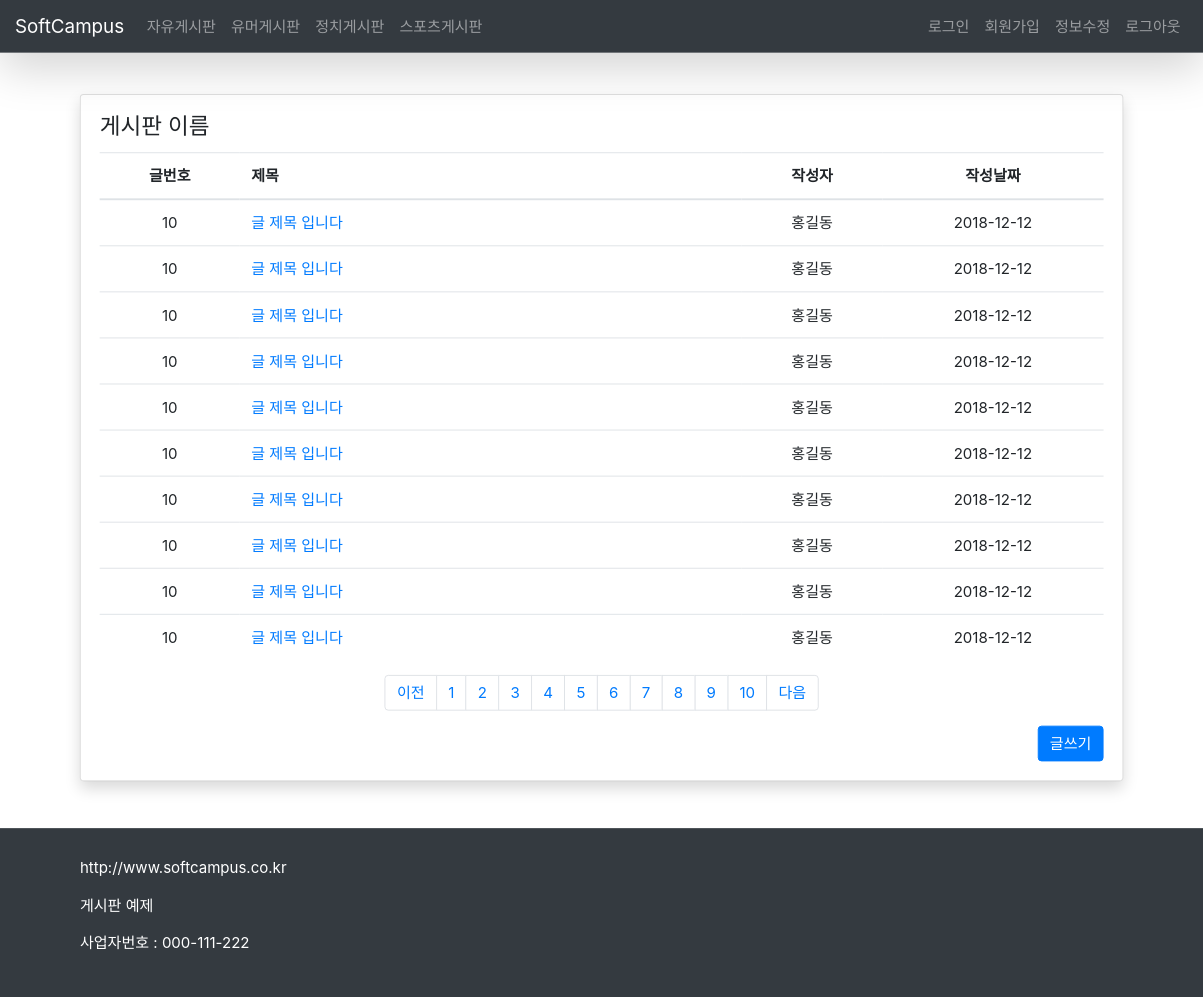
Repository: OhGeanYoung/Spring
Page: http://localhost/MiniProjectJava/WEB-INF/views/board/main.jsp
An editor plug-in stored every save of this project. The page is shown before and after the next save, followed by the edit.
The browser window is 1280 px wide. The pictures show the whole page, at 94% of full size.
The page is served by Tomcat 9. Nobody is signed in. Other server files are loaded and not shown. The template is opened directly, without the code that normally fills it, so the values that code supplies are empty.

Above is the page before, as saved 2022-06-08 15:15:26.

### MiniProjectJava/WebContent/WEB-INF/views/board/main.jsp
<%@ page language="java" contentType="text/html; charset=UTF-8" pageEncoding="UTF-8"%>
<%@ taglib prefix="c" uri="http://java.sun.com/jsp/jstl/core" %>
<!DOCTYPE html>
<html>
<head>
<meta charset="UTF-8">
<meta name="viewport" content="width=device-width, initial-scale=1">
<title>미니 프로젝트</title>
<!-- Bootstrap CDN -->
<link rel="stylesheet" href="https://maxcdn.bootstrapcdn.com/bootstrap/4.1.0/css/bootstrap.min.css">
<script src="https://ajax.googleapis.com/ajax/libs/jquery/3.3.1/jquery.min.js"></script>
<script src="https://cdnjs.cloudflare.com/ajax/libs/popper.js/1.14.0/umd/popper.min.js"></script>
<script src="https://maxcdn.bootstrapcdn.com/bootstrap/4.1.0/js/bootstrap.min.js"></script>
</head>
<body>

<c:import url="/WEB-INF/views/include/top_menu.jsp" />

<!-- 게시글 리스트 -->
<div class="container" style="margin-top:100px">
	<div class="card shadow">
		<div class="card-body">
			<h4 class="card-title">게시판 이름</h4>
			<table class="table table-hover" id='board_list'>
				<thead>
					<tr>
						<th class="text-center d-none d-md-table-cell">글번호</th>
						<th class="w-50">제목</th>
						<th class="text-center d-none d-md-table-cell">작성자</th>
						<th class="text-center d-none d-md-table-cell">작성날짜</th>
					</tr>
				</thead>
				<tbody>
					<tr>
						<td class="text-center d-none d-md-table-cell">10</td>
						<td><a href='board_read.html'>글 제목 입니다</a></td>
						<td class="text-center d-none d-md-table-cell">홍길동</td>
						<td class="text-center d-none d-md-table-cell">2018-12-12</td>

					</tr>
					<tr>
						<td class="text-center d-none d-md-table-cell">10</td>
						<td><a href='board_read.html'>글 제목 입니다</a></td>
						<td class="text-center d-none d-md-table-cell">홍길동</td>
						<td class="text-center d-none d-md-table-cell">2018-12-12</td>

					</tr>
					<tr>
						<td class="text-center d-none d-md-table-cell">10</td>
						<td><a href='board_read.html'>글 제목 입니다</a></td>
						<td class="text-center d-none d-md-table-cell">홍길동</td>
						<td class="text-center d-none d-md-table-cell">2018-12-12</td>

					</tr>
					<tr>
						<td class="text-center d-none d-md-table-cell">10</td>
						<td><a href='board_read.html'>글 제목 입니다</a></td>
						<td class="text-center d-none d-md-table-cell">홍길동</td>
						<td class="text-center d-none d-md-table-cell">2018-12-12</td>

					</tr>
					<tr>
						<td class="text-center d-none d-md-table-cell">10</td>
						<td><a href='board_read.html'>글 제목 입니다</a></td>
						<td class="text-center d-none d-md-table-cell">홍길동</td>
						<td class="text-center d-none d-md-table-cell">2018-12-12</td>

					</tr>
					<tr>
						<td class="text-center d-none d-md-table-cell">10</td>
						<td><a href='board_read.html'>글 제목 입니다</a></td>
						<td class="text-center d-none d-md-table-cell">홍길동</td>
						<td class="text-center d-none d-md-table-cell">2018-12-12</td>

					</tr>
					<tr>
						<td class="text-center d-none d-md-table-cell">10</td>
						<td><a href='board_read.html'>글 제목 입니다</a></td>
						<td class="text-center d-none d-md-table-cell">홍길동</td>
						<td class="text-center d-none d-md-table-cell">2018-12-12</td>

					</tr>
					<tr>
						<td class="text-center d-none d-md-table-cell">10</td>
						<td><a href='board_read.html'>글 제목 입니다</a></td>
						<td class="text-center d-none d-md-table-cell">홍길동</td>
						<td class="text-center d-none d-md-table-cell">2018-12-12</td>

					</tr>
					<tr>
						<td class="text-center d-none d-md-table-cell">10</td>
						<td><a href='board_read.html'>글 제목 입니다</a></td>
						<td class="text-center d-none d-md-table-cell">홍길동</td>
						<td class="text-center d-none d-md-table-cell">2018-12-12</td>

					</tr>
					<tr>
						<td class="text-center d-none d-md-table-cell">10</td>
						<td><a href='board_read.html'>글 제목 입니다</a></td>
						<td class="text-center d-none d-md-table-cell">홍길동</td>
						<td class="text-center d-none d-md-table-cell">2018-12-12</td>

					</tr>
				</tbody>
			</table>

			<div class="d-none d-md-block">
				<ul class="pagination justify-content-center">
					<li class="page-item">
						<a href="#" class="page-link">이전</a>
					</li>
					<li class="page-item">
						<a href="#" class="page-link">1</a>
					</li>
					<li class="page-item">
						<a href="#" class="page-link">2</a>
					</li>
					<li class="page-item">
						<a href="#" class="page-link">3</a>
					</li>
					<li class="page-item">
						<a href="#" class="page-link">4</a>
					</li>
					<li class="page-item">
						<a href="#" class="page-link">5</a>
					</li>
					<li class="page-item">
						<a href="#" class="page-link">6</a>
					</li>
					<li class="page-item">
						<a href="#" class="page-link">7</a>
					</li>
					<li class="page-item">
						<a href="#" class="page-link">8</a>
					</li>
					<li class="page-item">
						<a href="#" class="page-link">9</a>
					</li>
					<li class="page-item">
						<a href="#" class="page-link">10</a>
					</li>
					<li class="page-item">
						<a href="#" class="page-link">다음</a>
					</li>
				</ul>
			</div>

			<div class="d-block d-md-none">
				<ul class="pagination justify-content-center">
					<li class="page-item">
						<a href="#" class="page-link">이전</a>
					</li>
					<li class="page-item">
						<a href="#" class="page-link">다음</a>
					</li>
				</ul>
			</div>

			<div class="text-right">
				<a href="board_write.html" class="btn btn-primary">글쓰기</a>
			</div>

		</div>
	</div>
</div>

<c:import url="/WEB-INF/views/include/bottom_info.jsp" />
</body>
</html>

### MiniProjectJava/WebContent/WEB-INF/views/include/top_menu.jsp
<%@ page language="java" contentType="text/html; charset=UTF-8"
    pageEncoding="UTF-8"%>
<%@ taglib prefix="c" uri="http://java.sun.com/jsp/jstl/core" %>
<c:url var='root' value='/' />
<!-- 상단 메뉴 부분 -->
<nav class="navbar navbar-expand-md bg-dark navbar-dark fixed-top shadow-lg">
	<a class="navbar-brand" href="${root }">SoftCampus</a>
	<button class="navbar-toggler" type="button" data-toggle="collapse"
	        data-target="#navMenu">
		<span class="navbar-toggler-icon"></span>
	</button>
	<div class="collapse navbar-collapse" id="navMenu">
		<ul class="navbar-nav">
			<li class="nav-item">
				<a href="board/main" class="nav-link">자유게시판</a>
			</li>
			<li class="nav-item">
				<a href="board/main" class="nav-link">유머게시판</a>
			</li>
			<li class="nav-item">
				<a href="board/main" class="nav-link">정치게시판</a>
			</li>
			<li class="nav-item">
				<a href="board/main" class="nav-link">스포츠게시판</a>
			</li>
		</ul>

		<ul class="navbar-nav ml-auto">
			<li class="nav-item">
				<a href="login.html" class="nav-link">로그인</a>
			</li>
			<li class="nav-item">
				<a href="join.html" class="nav-link">회원가입</a>
			</li>
			<li class="nav-item">
				<a href="modify_user.html" class="nav-link">정보수정</a>
			</li>
			<li class="nav-item">
				<a href="index.html" class="nav-link">로그아웃</a>
			</li>
		</ul>
	</div>
</nav>

### MiniProjectJava/WebContent/WEB-INF/views/include/bottom_info.jsp
<%@ page language="java" contentType="text/html; charset=UTF-8"
    pageEncoding="UTF-8"%>

<div class="container-fluid bg-dark text-white" style="margin-top:50px;padding-top:30px;padding-bottom:30px">
	<div class="container">
		<p>http://www.softcampus.co.kr</p>
		<p>게시판 예제</p>
		<p>사업자번호 : 000-111-222</p>
	</div>
</div>

After the next save:
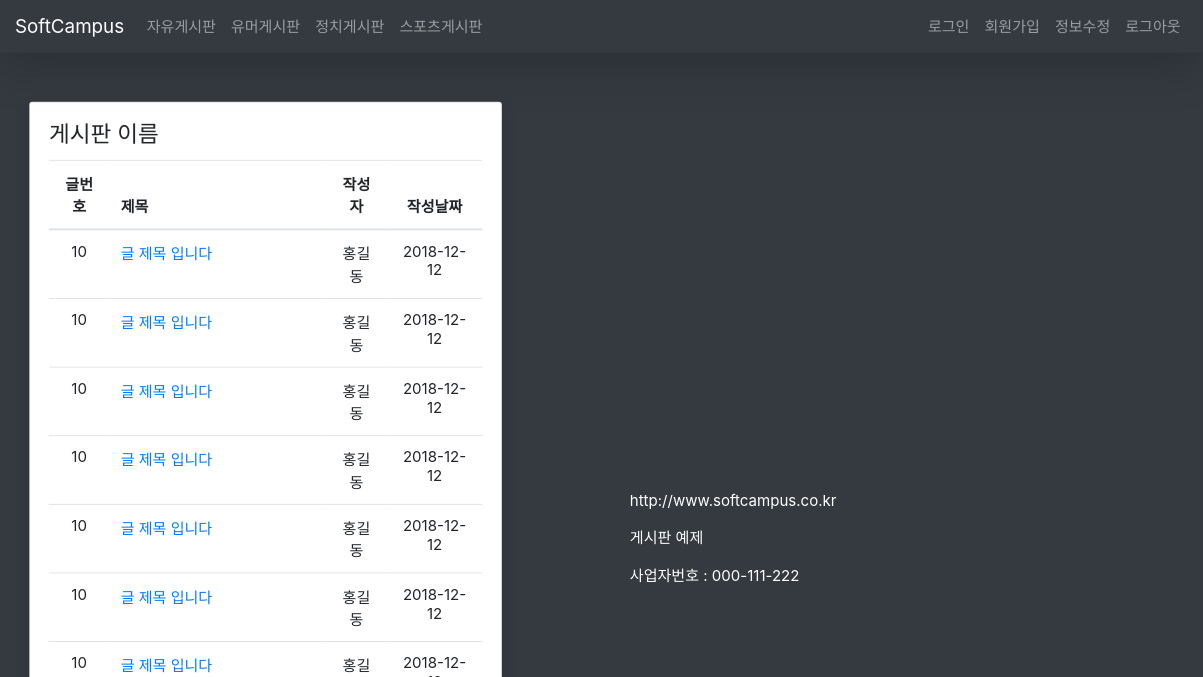
Saved 2 min 9 s later.
--- a/MiniProjectJava/WebContent/WEB-INF/views/board/main.jsp
+++ b/MiniProjectJava/WebContent/WEB-INF/views/board/main.jsp
@@ -1,5 +1,7 @@
 <%@ page language="java" contentType="text/html; charset=UTF-8" pageEncoding="UTF-8"%>
 <%@ taglib prefix="c" uri="http://java.sun.com/jsp/jstl/core" %>
+<nav class="navbar navbar-expand-md bg-dark navbar-dark fixed-top shadow-lg">
+<c:url var='root' value='/' />
 <!DOCTYPE html>
 <html>
 <head>
